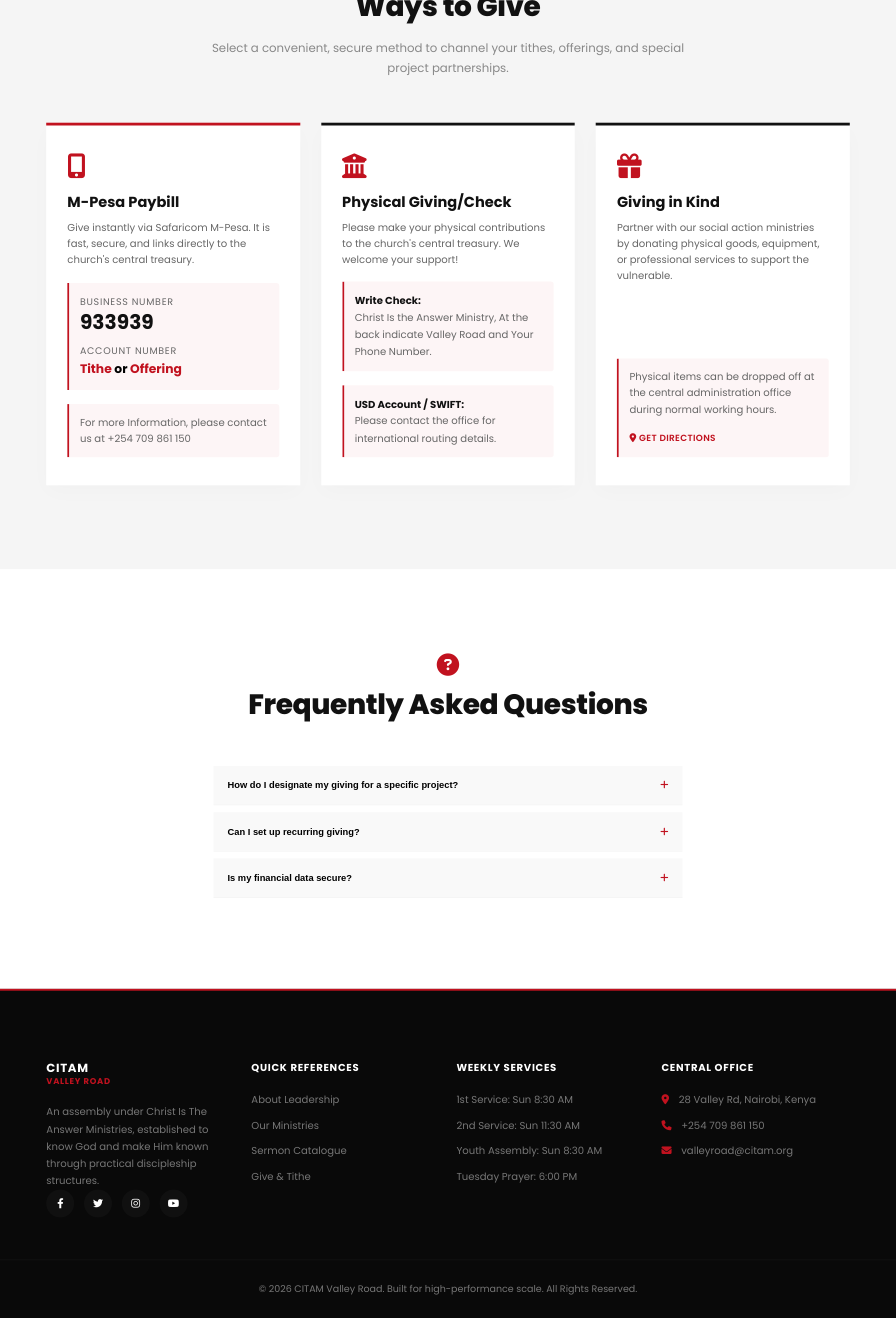
Repository: jereworks/CITAMVRD-Website
Page: give.html
An editor plug-in stored every save of this project. The page is shown before and after the next save, followed by the edit.
The browser window is 1280 px wide. The pictures show the part of the page from y = 645 to 2565 px (the page is 2529 px tall before and 2565 px after), at 70% of full size.

Above is the page before, as saved 2026-06-12 07:42:01.

After the next save:
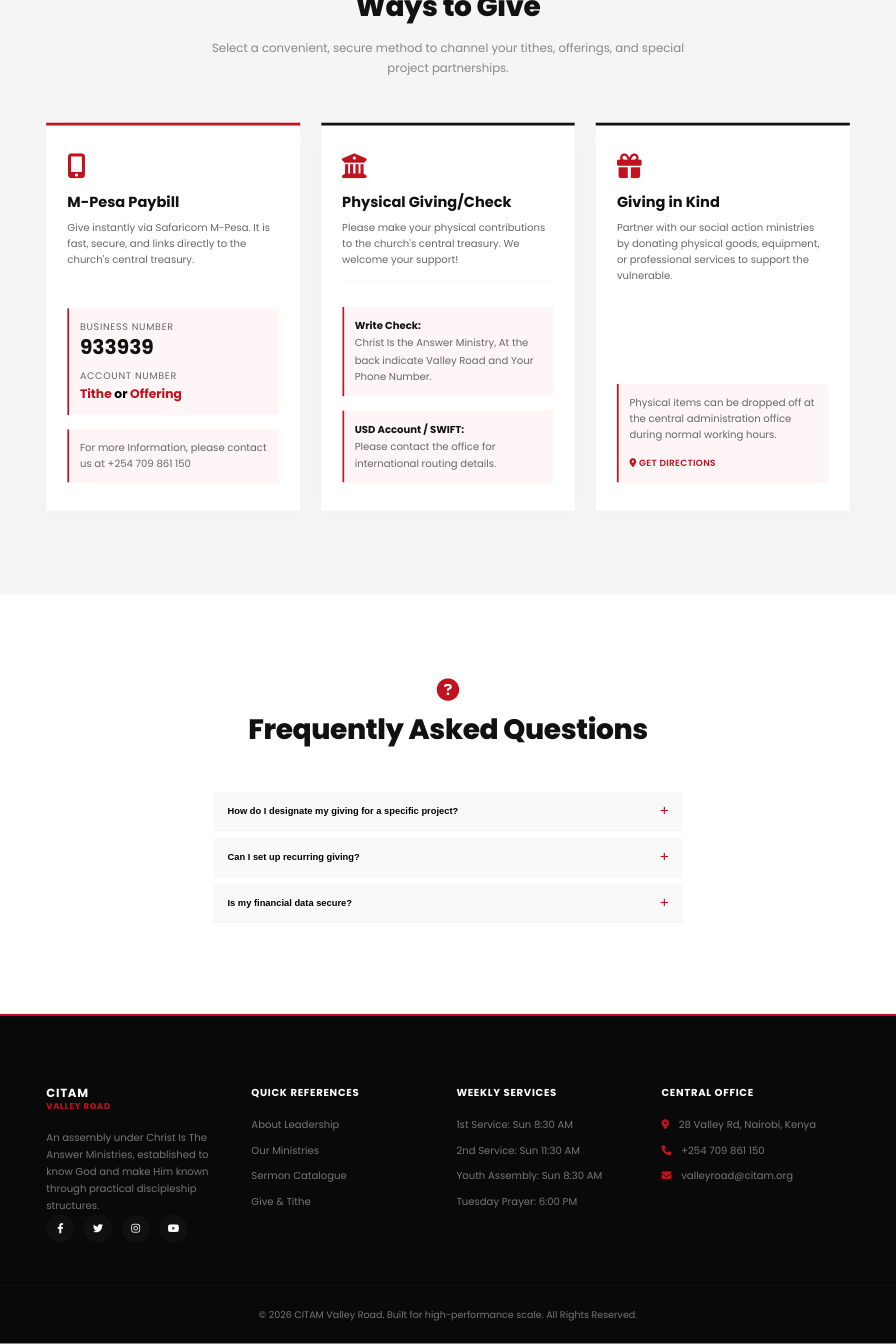
Saved 97 s later.
--- a/give.html
+++ b/give.html
@@ -114,7 +114,7 @@
                     <h3>Physical Giving/Check</h3>
                     <p style="flex-grow: 1;">Please make your physical contributions to the church's central treasury. We welcome your support!</p>
 
-                    <div>
+                    <div style="border-top: 1px solid rgba(0,0,0,0.05); padding-top: 15px; margin-top: 20px;">
                         <ul style="list-style: none; font-size: 0.9rem;">
                             <li style="background: rgba(193, 18, 31, 0.04); border-left: 3px solid var(--primary); padding: 15px; margin-top: 20px; border-radius: 0 4px 4px 0;">
                                 <strong style="color: var(--dark); display: block;">Write Check:</strong>
@@ -128,7 +128,6 @@
                         </ul>
                     </div>
                 </div>
-
 
                 <div class="identity-box animate-on-scroll reveal-up delay-2" style="display: flex; flex-direction: column;">
                     <div style="overflow: visible;">
